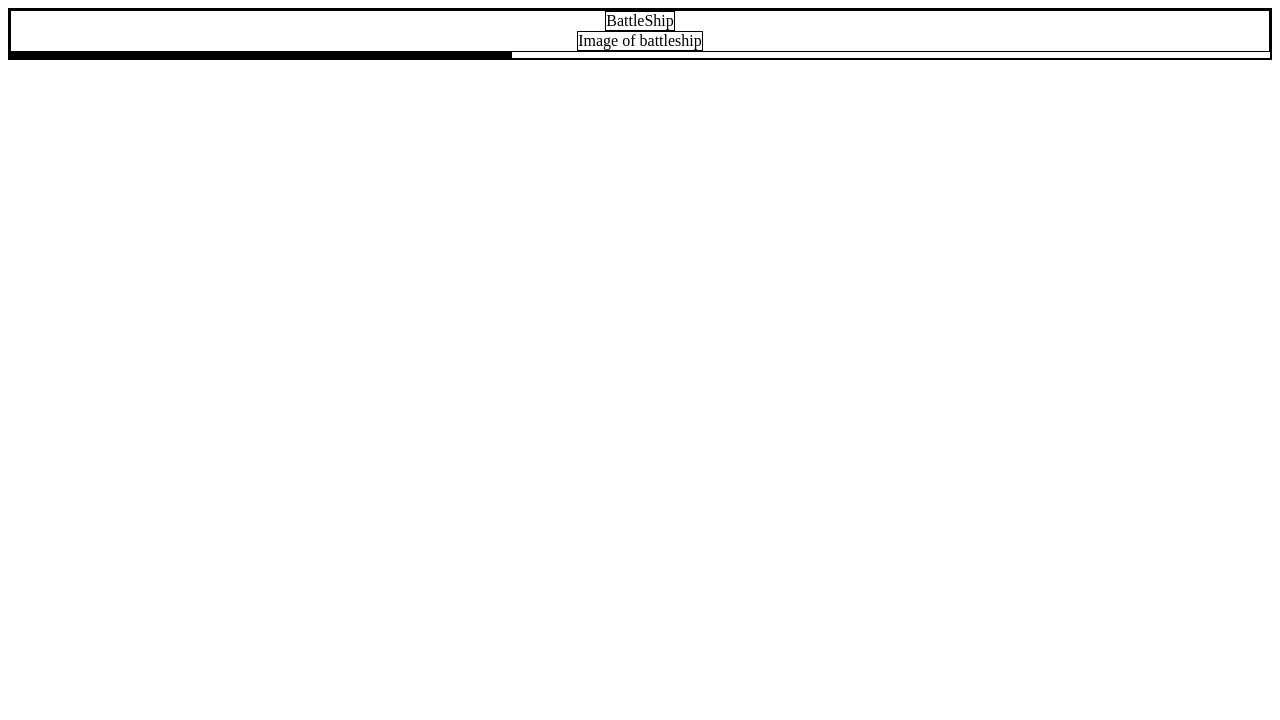
Repository: J-Haze/BattleshipApp
Page: /
The author's editor kept a copy of each file at every save. The page is drawn from the files as they stood at one save, then again after the next save.
The browser window is 1280 px wide. The pictures show the whole page.
The project was rebuilt for these pictures with package versions that can differ from the ones it lists, and the page was loaded fresh each time. Also part of the build but not shown: src/index.css.

Above is the page before, as saved 2020-09-15 09:01:48.

### src/App.js
import React from "react";
import "./App.css";
import Game from "./Components/Game";
import Header from "./Components/Header"
// import { ProgressPlugin } from "webpack";

//test

function App() {
  return (
    <div className="App">
      <Header />
      <Game />
    </div>
  );
}

export default App;

### src/App.css
/* test */
:root{
    --black: #1B262C;
}


header {
    border: 1px solid black;

    display: flex;
    flex-direction: column;
    justify-content: center;
    align-items: center;

}

div {
    border: 1px solid black;
}

#game{
    width: 500px;
}

### src/Components/Game.js
import React from "react"
import shipFactory from "../factories/ship"
import gameboardFactory from "../factories/gameboard"
import player from "../factories/player"

function Game() {

    //Write logic that modertes the games (turns and GameOver etc.)

    //Return "Board" and other components, with state being passed into it (turn, coordinates, etc.)


    // const destroyer = shipFactory(2)
    // const cruiser = shipFactory(3)
    // const battleship = shipFactory(4)
    // const carrier = shipFactory(5)

    // //Start testing
    // console.log(destroyer.name)
    // console.log(destroyer.shipLength)
    // console.log(destroyer.ship)
    // console.log(destroyer.hit(1))

    // function sinkBattleship() {
    //     battleship.hit(0);
    //     battleship.hit(1);
    //     battleship.hit(2);
    //     battleship.hit(3);
    //     battleship.hit(4);
    //     console.log("Battleship Sunk?", (battleship.isSunk()))
    // };

    // function sinkCruiser() {
    //     cruiser.hit(1);
    //     console.log("Cruiser Sunk?", (cruiser.isSunk()))
    // };

    // sinkBattleship();
    // sinkCruiser();
    // //End Testing


    return (
        <div id="game">
            <div id="col-one" class="column">

            </div>
            <div id="col-one" class="column">

            </div>

        </div>
    )
}

export default Game;

### src/Components/Header.js
import React from "react"
import shipFactory from "../factories/ship"
import gameboardFactory from "../factories/gameboard"
import player from "../factories/player"


function Header() {
    return (
        <header>
            <div>BattleShip</div>
            <div> Image of battleship </div>
        </header>
    )
}


export default Header;

### src/factories/ship.js

const shipFactory = (shipLength) => {
    const shipNames = {
        1: 'Submarine',
        2: 'Destroyer',
        3: 'Cruiser',
        4: 'Battleship',
        5: 'Carrier',
    };

    const name = shipNames[shipLength];

    let ship = [];
    for (let i = 0; i < shipLength; i++) {
        ship.push([false, i, name])
    }

    let hit = (hitLocation) => {
        ship[hitLocation] = [true, hitLocation, name];
        console.log("Hit!", ship)
        console.log(`You've hit my ${name}`)
        // console.log("hits length", hit.length)
        // console.log("ship.length", ship.length)
        return ship
    }

    let isSunk = () => {
        let sunkStatus = false
        ship[0][0] == true ? sunkStatus = true : sunkStatus = false
        for (let square in ship) {
            console.log("ship:", ship)
            console.log(ship[square])
            sunkStatus = (ship[square][0] && sunkStatus)
        }
        // let sunkStatus = ship[0].every(Boolean);
        return sunkStatus
    }

    return {
        //id,
        name,
        shipLength,
        ship,
        hit,
        isSunk
    }
}

// const destroyer = shipFactory(2)
// const cruiser = shipFactory(3)
// const battleship = shipFactory(4)
// const carrier = shipFactory(5)

export default shipFactory;

//export default {shipFactory, destroyer, cruiser, battleship, carrier}

//Comment out with not testing
// module.exports = shipFactory;

### src/factories/gameboard.js
import shipFactory from "./ship"

const destroyer = shipFactory(2)
const submarine = shipFactory(3)
const cruiser = shipFactory(3)
const battleship = shipFactory(4)
const carrier = shipFactory(5)

const gameboardFactory = () => {
    let board = [];
    for (let a = 0; a <= 99; a++) {
        board.push(null)
    }
    // let boatsSunk = ["cruiser", "battleship", "carrier"];
    let boatsSunk = [];
    let allSunk = false;
    // let boatsPlaced = [];
    // let allPlaced = false;

    const placeShip = (shipName, shipLength, position, orient) => {
        //Checks for valid move
        let endPoint = 0;
        let closestEdge = 99;

        if (orient == "horizontal") {
            for (let b = position; b < (position + shipLength); b++) {
                if (board[b] != null) {
                    console.log("Illegal placement: ship already on square")
                    return board
                }
            };

            endPoint = ((position + shipLength - 1) / 10);
            closestEdge = ((Math.ceil(position / 10)) - 0.1);
        }

        if (orient == "vertical") {
            for (let c = position; c < (position + shipLength * 10); c += 10) {
                if (board[c] != null) {
                    console.log(`Illegal placement: ship already on square: ${c}`)
                    return board
                }
            };

            endPoint = ((position + ((shipLength - 1) * 10)));
            closestEdge = 99;
        }


        if ((endPoint > closestEdge)) {
            console.log("Illegal placement: over edge of board")
            return board
        }

        //Places the ship
        for (let square in board) {
            if ((position == square && (orient == "horizontal"))) {
                for (let z = position; z < (position + shipLength); z++) {
                    board.splice(z, 1, shipName.ship[z - position])
                }
                // console.log("HERE", shipName.ship)
                // boatsPlaced.push(shipName)
            } else if ((position == square && (orient == "vertical"))) {
                for (let z = position; z < (position + shipLength * 10); z += 10) {
                    // let w = Math.round(z/10)
                    console.log(z)
                    board.splice(z, 1, shipName.ship[(z - position) / 10])
                }
            }
        }
        console.log({ board })
        return board
    }

    const receiveAttack = (attackPosition) => {
        let attackID = board[attackPosition];

        //Change to if (board[attackPosition] != "false")
        if (board[attackPosition] == null) {
            console.log("Attack missed")
            board[attackPosition] = "miss";
            console.log("New Board:", { board })
            return
        }

        if ((attackID[0] == true) || (board[attackPosition] == "miss")) {
            console.log("Already guessed this position")
            return
        }

        if (attackID[0] == false) {
            console.log("Receive Attack hit!")
            let hitLocation = attackID[1];
            let boatHitString = attackID[2];
            let boatHit = "";

            if (boatHitString == "Carrier") {
                boatHit = carrier;
            } else if (boatHitString == "Battleship") {
                boatHit = battleship;
            } else if (boatHitString == "Cruiser") {
                boatHit = cruiser;
            } else if (boatHitString == "Destroyer") {
                boatHit = destroyer;
            } else if (boatHitString == "Submarine") {
                boatHit = submarine;
            }

            console.log({ boatHit })

            boatHit.hit(hitLocation);
            board[attackPosition][0] = true;

            console.log("isSunk?", boatHit.isSunk())

            if (boatHit.isSunk()) {
                console.log(`Player's ${boatHitString} is sunk!`)
                //change all squares in boatHit from "hit" to "sunk"?
                //Or just have a pop up (i think the board game doesn't change to "sunk")
                boatsSunk.push(boatHitString)
                console.log({ boatsSunk })
            }

            if (boatsSunk.length > 4) {
                allSunk = true;
                console.log("ALL BOATS SUNK")
            }

            console.log("everyBoolean:", boatHit.ship[0])
            console.log("New Board:", { board })
            console.log("New Ship:", { boatHit })
        }
        return {
            board
        }

    }

    return {
        board,
        placeShip,
        // allPlaced,
        receiveAttack,
        allSunk
    }
}



export default gameboardFactory;

### src/factories/player.js
import shipFactory from "./ship"
import gameboardFactory from "./gameboard"

const player = (playerName) => {
    // const submarine = shipFactory(1)
    // const destroyer = shipFactory(2)
    // const cruiser = shipFactory(3)
    // const battleship = shipFactory(4)
    // const carrier = shipFactory(5)
    const gameboard = gameboardFactory();
    let attackCoord = 100;
    let index = 100;

    const squaresToGuess = [];

    for (let i = 0; i <= 99; i++) {
        squaresToGuess.push(i);
    }
    // console.log(squaresToGuess)

    //Randomly sends an attack
    const sendAttack = (coord) => {
        // if (playerName == "Computer") {
        // }

        if (playerName == "Player One") {
            attackCoord = coord;
            index = squaresToGuess.indexOf(attackCoord);
            squaresToGuess.splice(index, 1);
        } else {
            console.log("s2g", squaresToGuess.length - 1)
            attackCoord = Math.floor(Math.random() * (squaresToGuess.length - 1));
            index = squaresToGuess.indexOf(attackCoord);
            squaresToGuess.splice(index, 1);
        }

        console.log({ attackCoord })
        console.log("squares to guess:", squaresToGuess)
        return attackCoord
    }



    //send attack will take coordinates and "send an attack" to the OPPOSING board
    //Need to make sure it has an array of 0-99 and takes away the guessed numbers from that array.
    //random between 0 and array.length

    return {
        gameboard,
        squaresToGuess,
        sendAttack
    }
}

const playerOne = player("Player One");
const computer = player("Computer")
console.log(playerOne.squaresToGuess)

//    playerOne.gameboard.placeShip(carrier, 5, 23, "horizontal")


// gameboard.placeShip(battleship, 4, 11, "vertical");
// gameboard.placeShip(cruiser, 3, 82, "horizontal");

// gameboard.placeShip(destroyer, 2, 6, "horizontal");
// gameboard.placeShip(submarine, 1, 19, "horizontal");

// //random attacks
// gameboard.receiveAttack(2, 4);
// gameboard.receiveAttack(1, 2);
// gameboard.receiveAttack(2, 1);

// //Sinks destroyer
// gameboard.receiveAttack(0, 6);
// gameboard.receiveAttack(0, 7);
// // gameboard_1.receiveAttack(0, 7);



computer.gameboard.receiveAttack(playerOne.sendAttack(2))
playerOne.gameboard.receiveAttack(computer.sendAttack(2))

// playerOne.sendAttack()
// playerOne.sendAttack()


// const computer = player("Computer")



export default player;

Loaded but not shown: public/index.html (common file); src/index.js (common file); src/serviceWorker.js (common file)

After the next save:
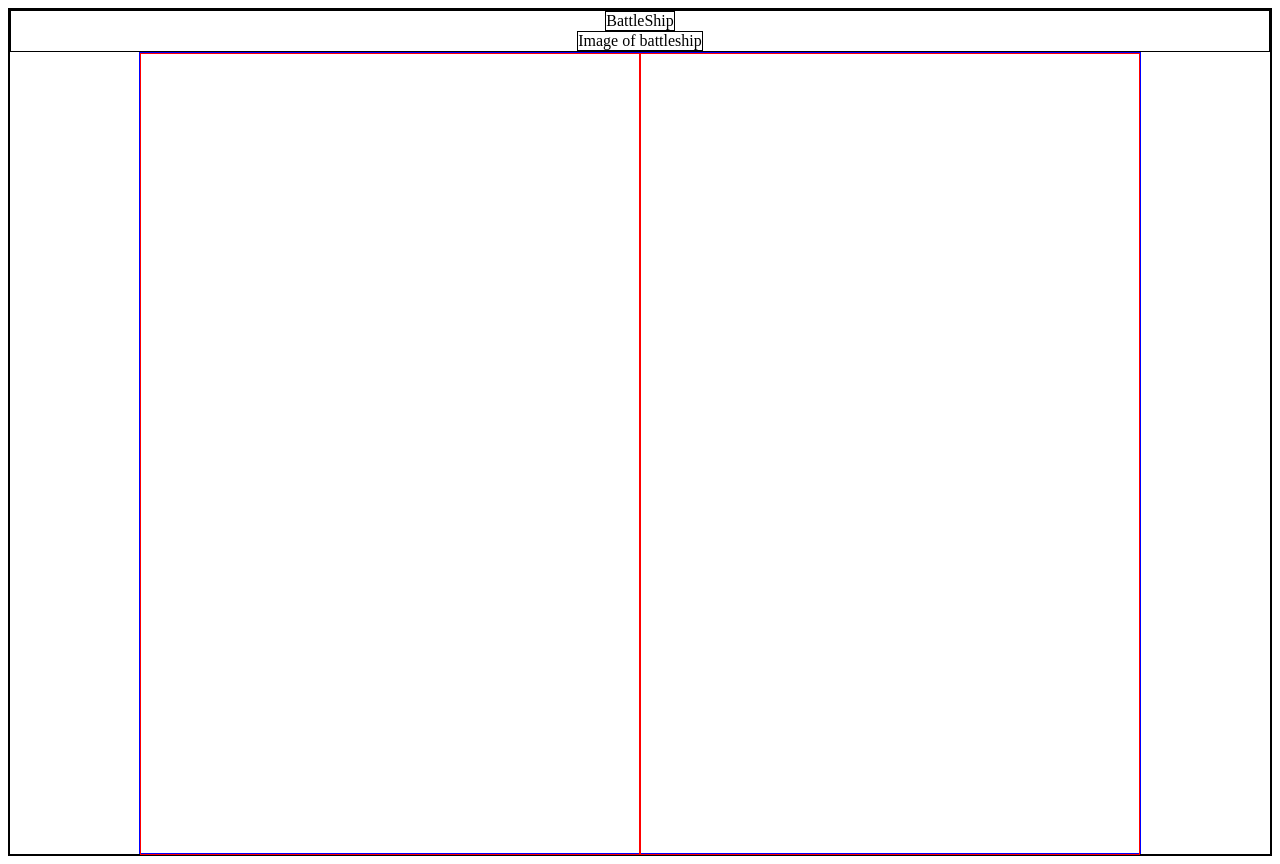
Saved 21 s later.
--- a/src/App.css
+++ b/src/App.css
@@ -19,5 +19,16 @@ div {
 }
 
 #game{
-    width: 500px;
+    width: 1000px;
+    height: 800px;
+    display: flex;
+    border: 1px solid blue;
+    margin-left: auto;
+    margin-right: auto;
 }
+
+.column{
+    width: 100%;
+    height: 100%;
+    border: 1px solid red;
+}
